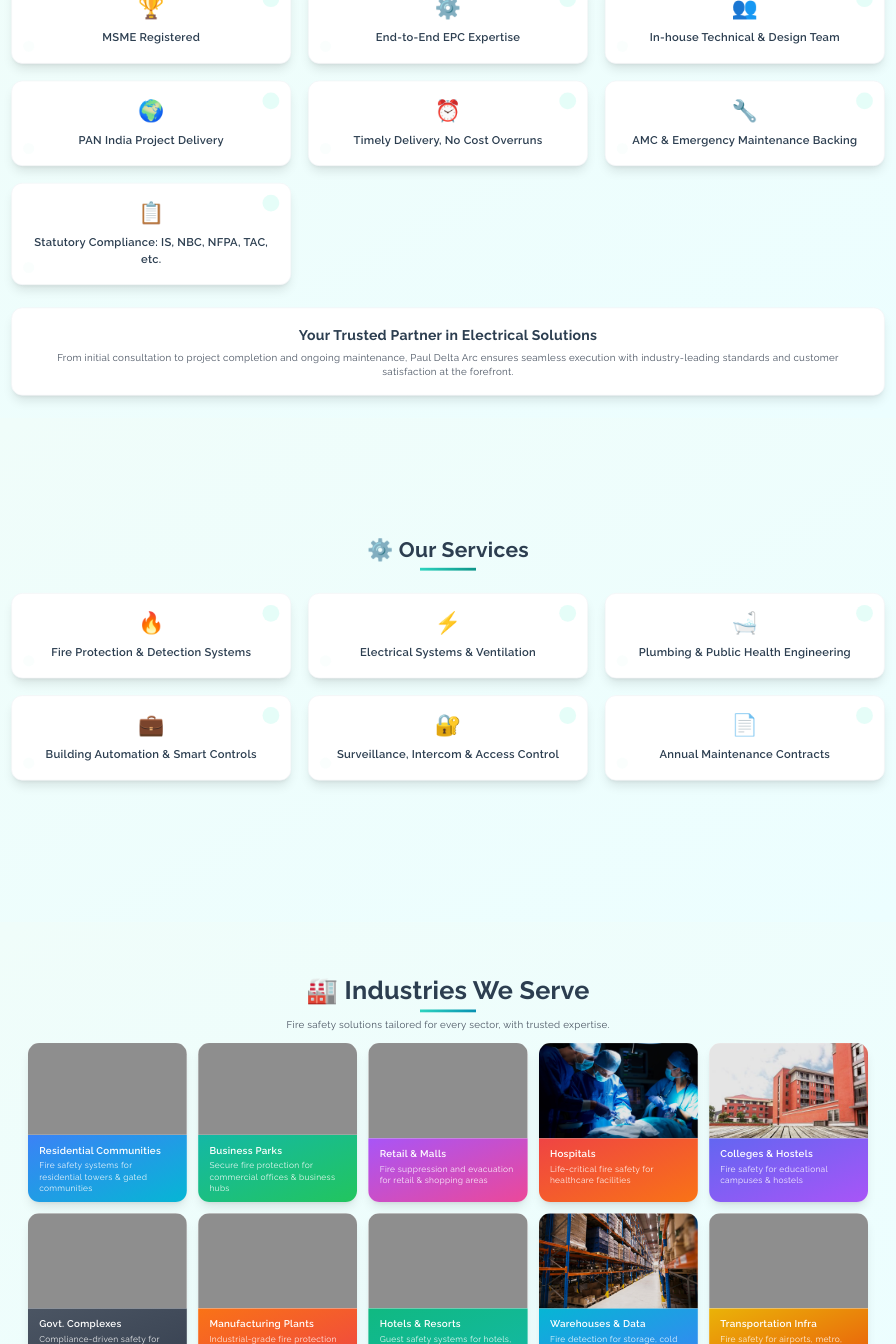
Repository: AnupriyaBiswas/PaulDeltaArc
Page: /
These files come from the project's save history. The page is drawn as it stood at one moment and after the next save; the edit follows.
The browser window is 1280 px wide. The pictures show the part of the page from y = 3023 to 4943 px (the page is 6686 px tall), at 70% of full size.
Pictures or frames that could not be fetched are drawn as grey boxes. The project was rebuilt for these pictures with package versions that can differ from the ones it lists, and the page was loaded fresh each time. The framework's server and built-in components were replaced by stand-ins that run in the browser. Also part of the build but not shown: next.config.js.

Above is the page before, as saved 2025-07-10 19:36:13.

After the next save:
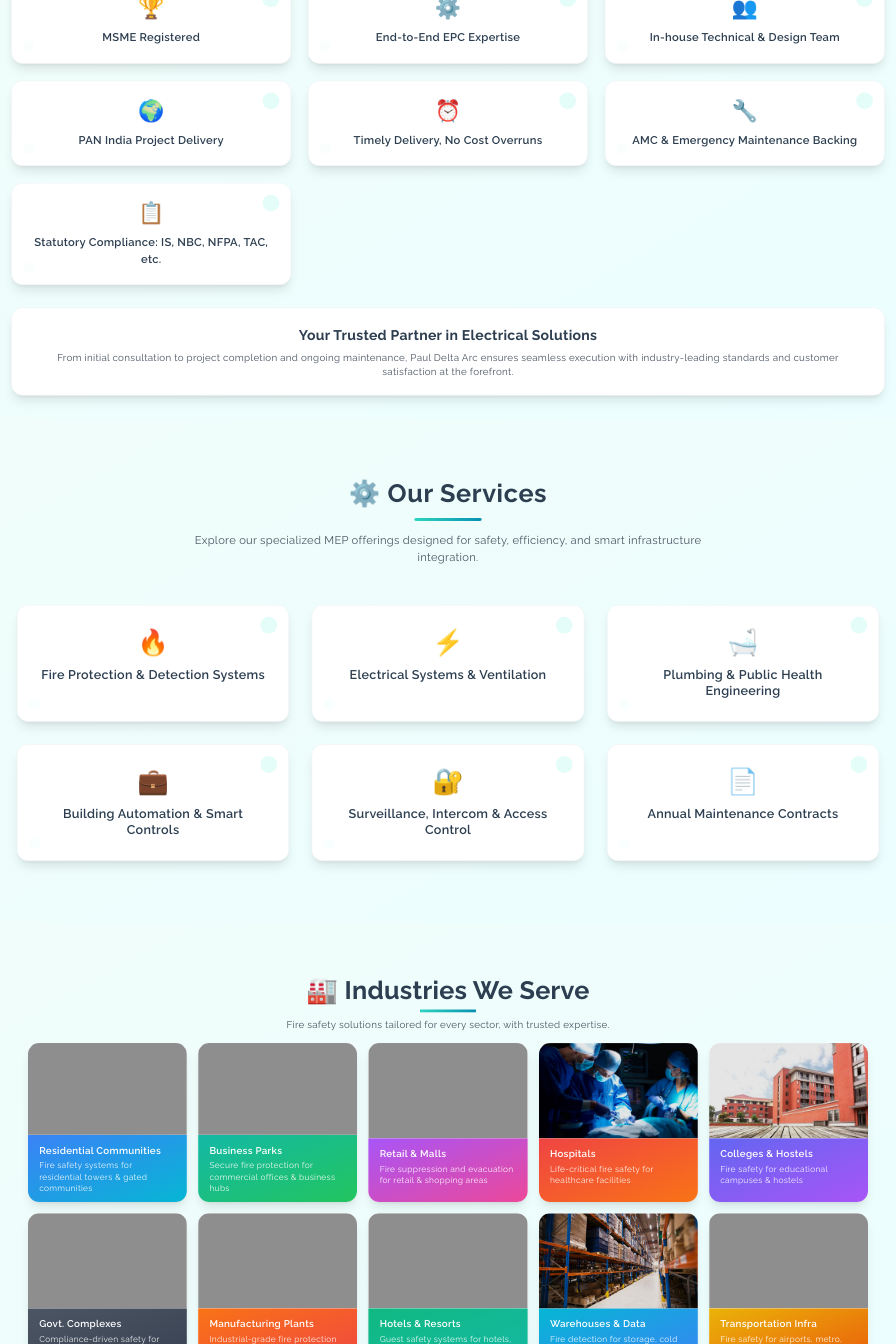
Saved 16 min 1 s later.
--- a/components/Services.jsx
+++ b/components/Services.jsx
@@ -20,35 +20,40 @@ const Services = () => {
   ];
 
   return (
-    <div id='services' className='w-full bg-gradient-to-br from-teal-50 to-cyan-50 py-8 min-h-screen flex items-center'>
-      <div className='max-w-[1400px] mx-auto px-4 w-full'>
+    <div id='services' className='w-full bg-gradient-to-br from-teal-50 to-cyan-50 py-16 min-h-screen flex items-center'>
+      <div className='max-w-[1400px] mx-auto px-6 w-full'>
+
         {/* Header */}
-        <div className='text-center mb-8'>
-          <h2 className='text-3xl font-bold text-[#2c3e50] mb-2'>⚙️ Our Services</h2>
-          <div className='w-20 h-1 bg-gradient-to-r from-teal-400 to-teal-600 mx-auto'></div>
+        <div className='text-center mb-14'>
+          <h2 className='text-4xl font-bold text-[#2c3e50] mb-4 tracking-wide'>⚙️ Our Services</h2>
+          <div className='w-24 h-1 bg-gradient-to-r from-teal-400 to-cyan-600 rounded-full mx-auto'></div>
+          <p className='mt-4 text-gray-600 max-w-3xl mx-auto text-sm sm:text-base'>
+            Explore our specialized MEP offerings designed for safety, efficiency, and smart infrastructure integration.
+          </p>
         </div>
 
         {/* Cards Grid */}
-        <div className='grid grid-cols-1 md:grid-cols-2 lg:grid-cols-3 gap-6 mb-8'>
+        <div className='grid grid-cols-1 sm:grid-cols-2 lg:grid-cols-3 gap-8'>
           {features.map((feature, index) => (
             <Link key={index} href={feature.href}>
-              <a className='group relative p-6 bg-white shadow-lg rounded-2xl hover:shadow-2xl transition-all duration-300 transform hover:-translate-y-2 border border-gray-100 min-w-[320px] block'>
-                {/* Background gradient on hover */}
+              <a className='group relative p-8 bg-white shadow-lg rounded-2xl hover:shadow-2xl transition-all duration-300 transform hover:-translate-y-2 border border-gray-100 block'>
+
+                {/* Background hover */}
                 <div className='absolute inset-0 bg-gradient-to-br from-teal-400 to-teal-600 rounded-2xl opacity-0 group-hover:opacity-100 transition-opacity duration-300'></div>
 
-                {/* Content */}
-                <div className='relative z-10 text-center'>
-                  <div className='text-3xl mb-3 group-hover:scale-110 transition-transform duration-300'>
+                {/* Card Content */}
+                <div className='relative z-10 flex flex-col items-center text-center'>
+                  <div className='text-4xl mb-4 group-hover:scale-110 transition-transform duration-300'>
                     {feature.icon}
                   </div>
-                  <h3 className='text-base font-semibold text-[#2c3e50] group-hover:text-white transition-colors duration-300 whitespace-nowrap'>
+                  <h3 className='text-lg font-semibold text-[#2c3e50] group-hover:text-white transition-colors duration-300 leading-tight'>
                     {feature.title}
                   </h3>
                 </div>
 
-                {/* Decorative elements */}
+                {/* Decorative Dots */}
                 <div className='absolute top-4 right-4 w-6 h-6 bg-teal-100 rounded-full opacity-50 group-hover:opacity-0 transition-opacity duration-300'></div>
-                <div className='absolute bottom-4 left-4 w-4 h-4 bg-teal-50 rounded-full opacity-30 group-hover:opacity-0 transition-opacity duration-300'></div>
+                <div className='absolute bottom-4 left-4 w-4 h-4 bg-cyan-50 rounded-full opacity-30 group-hover:opacity-0 transition-opacity duration-300'></div>
               </a>
             </Link>
           ))}
